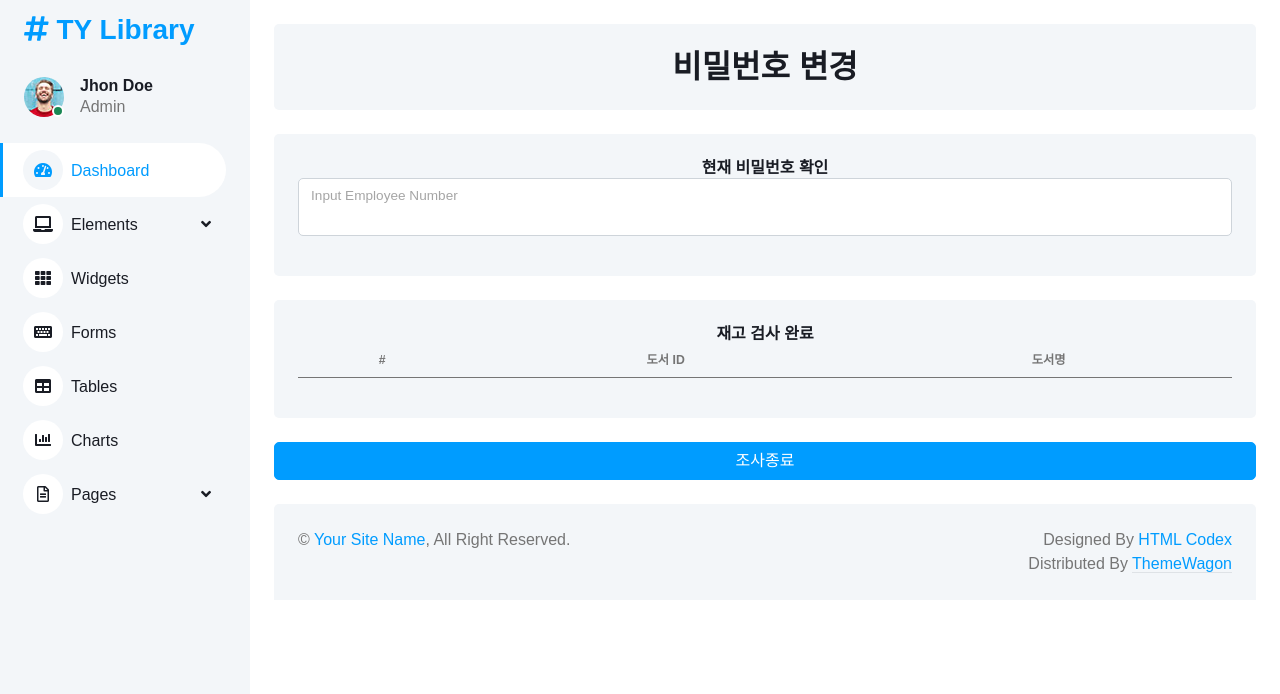
Repository: maryong2/myfirstgitproject
Page: http://localhost/library/WEB-INF/views/admin/user-passreset.jsp
These files come from the project's save history. The page is drawn as it stood at one moment and after the next save; the edit follows.
The browser window is 1280 px wide. The pictures show the whole page.
Some web fonts or font styles are not loaded; a fallback is used. Some web libraries are served in a nearby version. The page is served by Tomcat 9. Nobody is signed in. Other server files are loaded and not shown. The template is opened directly, without the code that normally fills it, so the values that code supplies are empty.

Above is the page before, as saved 2023-11-27 04:59:28.
Console error: SyntaxError: Unexpected token '=='

### library/src/main/webapp/WEB-INF/views/admin/user-passreset.jsp
<%@ page language="java" contentType="text/html; charset=UTF-8"
	pageEncoding="UTF-8"%>
<%@ taglib prefix="c" uri="http://java.sun.com/jsp/jstl/core"%>
<!DOCTYPE html>
<html lang="en">

<head>
<meta charset="utf-8">
<title>DASHMIN - Bootstrap Admin Template</title>
<meta content="width=device-width, initial-scale=1.0" name="viewport">
<meta content="" name="keywords">
<meta content="" name="description">

<!-- Favicon -->
<link href="img/favicon.ico" rel="icon">

<!-- Google Web Fonts -->
<link rel="preconnect" href="https://fonts.googleapis.com">
<link rel="preconnect" href="https://fonts.gstatic.com" crossorigin>
<link
	href="https://fonts.googleapis.com/css2?family=Heebo:wght@400;500;600;700&display=swap"
	rel="stylesheet">

<!-- Icon Font Stylesheet -->
<link
	href="https://cdnjs.cloudflare.com/ajax/libs/font-awesome/5.10.0/css/all.min.css"
	rel="stylesheet">
<link
	href="https://cdn.jsdelivr.net/npm/bootstrap-icons@1.4.1/font/bootstrap-icons.css"
	rel="stylesheet">

<!-- Libraries Stylesheet -->
<link href="/lib/owlcarousel/assets/owl.carousel.min.css"
	rel="stylesheet">
<link href="/lib/tempusdominus/css/tempusdominus-bootstrap-4.min.css"
	rel="stylesheet" />

<!-- Customized Bootstrap Stylesheet -->
<link href="/css/bootstrap.min.css" rel="stylesheet">

<!-- Template Stylesheet -->
<link href="/css/style.css" rel="stylesheet">
</head>

<body>
	<div class="container-xxl position-relative bg-white d-flex p-0">
		<!-- Spinner Start -->
		<div id="spinner"
			class="show bg-white position-fixed translate-middle w-100 vh-100 top-50 start-50 d-flex align-items-center justify-content-center">
			<div class="spinner-border text-primary"
				style="width: 3rem; height: 3rem;" role="status">
				<span class="sr-only">Loading...</span>
			</div>
		</div>
		<!-- Spinner End -->


		<!-- Sidebar Start -->
		<div class="sidebar pe-4 pb-3">
			<nav class="navbar bg-light navbar-light">
				<a href="/tylibrary/admin" class="navbar-brand mx-4 mb-3">
					<h3 class="text-primary">
						<i class="fa fa-hashtag me-2"></i>TY Library
					</h3>
				</a>
				<div class="d-flex align-items-center ms-4 mb-4">
					<div class="position-relative">
						<img class="rounded-circle" src="/img/user.jpg" alt=""
							style="width: 40px; height: 40px;">
						<div
							class="bg-success rounded-circle border border-2 border-white position-absolute end-0 bottom-0 p-1"></div>
					</div>
					<div class="ms-3">
						<h6 class="mb-0">Jhon Doe</h6>
						<span>Admin</span>
					</div>
				</div>
				<div class="navbar-nav w-100">
					<a href="/tylibrary/admin" class="nav-item nav-link active"><i
						class="fa fa-tachometer-alt me-2"></i>Dashboard</a>
					<div class="nav-item dropdown">
						<a href="#" class="nav-link dropdown-toggle"
							data-bs-toggle="dropdown"><i class="fa fa-laptop me-2"></i>Elements</a>
						<div class="dropdown-menu bg-transparent border-0">
							<a href="button.html" class="dropdown-item">Buttons</a> <a
								href="typography.html" class="dropdown-item">Typography</a> <a
								href="element.html" class="dropdown-item">Other Elements</a>
						</div>
					</div>
					<a href="widget.html" class="nav-item nav-link"><i
						class="fa fa-th me-2"></i>Widgets</a> <a href="form.html"
						class="nav-item nav-link"><i class="fa fa-keyboard me-2"></i>Forms</a>
					<a href="table.html" class="nav-item nav-link"><i
						class="fa fa-table me-2"></i>Tables</a> <a href="chart.html"
						class="nav-item nav-link"><i class="fa fa-chart-bar me-2"></i>Charts</a>
					<div class="nav-item dropdown">
						<a href="#" class="nav-link dropdown-toggle"
							data-bs-toggle="dropdown"><i class="far fa-file-alt me-2"></i>Pages</a>
						<div class="dropdown-menu bg-transparent border-0">
							<a href="signin.html" class="dropdown-item">Sign In</a> <a
								href="signup.html" class="dropdown-item">Sign Up</a> <a
								href="404.html" class="dropdown-item">404 Error</a> <a
								href="blank.html" class="dropdown-item">Blank Page</a>
						</div>
					</div>
				</div>
			</nav>
		</div>
		<!-- Sidebar End -->


		<!-- Content Start -->
		<div class="content">
			<!-- Navbar Start -->
			<nav
				class="navbar navbar-expand bg-light navbar-light sticky-top px-4 py-0">
				<a href="/tylibrary/admin"
					class="navbar-brand d-flex d-lg-none me-4">
					<h2 class="text-primary mb-0">TY Library</h2>
				</a>
			</nav>
			<!-- Navbar End -->


			<!-- Sale & Revenue Start -->
			<div class="container-fluid pt-4 px-4">
				<div class="row g-4">
					<div class="col-sm-12 col-xl-12">
						<div class="bg-light rounded d-md-flex align-items-center p-4">
							<div style="margin: auto">
								<h2 class="mb-0 text-center"
									style="item-align: center !important;">비밀번호 변경</h2>
							</div>
						</div>
					</div>
				</div>
			</div>
			<!-- Sale & Revenue End -->


			<!-- Sales Chart Start -->
			<div class="container-fluid pt-4 px-4">
				<div class="row g-4">



					<!-- Sales Chart End -->
					<div class="col-12">
						<div class="bg-light text-center rounded p-4">
							<h6 class="mb-0">현재 비밀번호 확인</h6>
							<div class="table-responsive">
								<div class="form-floating mb-3">
									<input type="text" class="form-control" id="e_id" name="e_id">
									<label for="e_id">Input Employee Number</label><span
										id="result_checkID" style="font-size: 12px"></span>
								</div>
							</div>
						</div>
					</div>

					<div class="col-12">
						<div class="bg-light text-center rounded p-4">
							<h6 class="mb-0">재고 검사 완료</h6>
							<div class="table-responsive">
								<table class="table small">
									<thead class="small">
										<tr>
											<th scope="col">#</th>
											<th scope="col">도서 ID</th>
											<th scope="col">도서명</th>
										</tr>
									</thead>
									<tbody class="small">
										<c:forEach items="${book_two}" var="book"
											varStatus="loopStatus">
											<tr>
												<th scope="row">${loopStatus.index + 1}</th>
												<td>${book.b_id}</td>
												<td>${book.title}</td>
											</tr>
										</c:forEach>
									</tbody>
								</table>
							</div>
						</div>
					</div>
					<div class="col-sm-12 col-xl-12" id="stock-finish">
						<form action="stock-count" method="post">
							<input type="text" name="stock" value="finish"
								style="display: none" /> <input type="text" name="state"
								value="1" style="display: none" /><input type="submit"
								id="stock-select" class="btn btn-primary m-2 w-100" value="조사종료"
								style="margin: 0 !important;" />
						</form>
					</div>
				</div>
			</div>
			<!-- Footer Start -->

			<div class="container-fluid pt-4 px-4">
				<div class="bg-light rounded-top p-4">
					<div class="row">
						<div class="col-12 col-sm-6 text-center text-sm-start">
							&copy; <a href="#">Your Site Name</a>, All Right Reserved.
						</div>
						<div class="col-12 col-sm-6 text-center text-sm-end">
							<!--/*** This template is free as long as you keep the footer author’s credit link/attribution link/backlink. If you'd like to use the template without the footer author’s credit link/attribution link/backlink, you can purchase the Credit Removal License from "https://htmlcodex.com/credit-removal". Thank you for your support. ***/-->
							Designed By <a href="https://htmlcodex.com">HTML Codex</a> </br>
							Distributed By <a class="border-bottom"
								href="https://themewagon.com" target="_blank">ThemeWagon</a>
						</div>
					</div>
				</div>
			</div>
			<!-- Footer End -->
		</div>
		<!-- Content End -->


		<!-- Back to Top -->
	</div>
	<script type="text/javascript">
	let stockScan = document.getElementById("stock-select");
	let stockFinish = document.getElementById("stock-finish");
	let state = ${state} == null ? null : ${state};
	if(!state){
		alert("잘못된 접근 입니다.");
		console.log(state);
		window.history.back();
	}

	function determine(){
		$.ajax({
            url: "/tylibrary/check-state",
            type: "POST",
            success: function (data) {
           	 if (data<=2){
           		let result = confirm("정말로 조사를 시작하시겠습니까?");
           	    if (result) {
           	      stockScan.form.submit();
           	    } else{
           	      alert("취소되었습니다.");
           	    }
           	 }else if(data==3) {
           		 stockScan.form.submit();
             }
           	},
            error: function () {
           	 alert("오류@@발생")
            }
        });
	}

	if(state <= 2){
		stockScan.value = "조사시작";
			stockFinish.style.display="none";

	}else if(state == 3){
		stockScan.value = "스캔하기"
			stockFinish.style.display="block";
	}
	</script>

	<!-- JavaScript Libraries -->
	<script src="https://code.jquery.com/jquery-3.4.1.min.js"></script>
	<script
		src="https://cdn.jsdelivr.net/npm/bootstrap@5.0.0/dist/js/bootstrap.bundle.min.js"></script>
	<script src="/lib/chart/chart.min.js"></script>
	<script src="/lib/easing/easing.min.js"></script>
	<script src="/lib/waypoints/waypoints.min.js"></script>
	<script src="/lib/owlcarousel/owl.carousel.min.js"></script>
	<script src="/lib/tempusdominus/js/moment.min.js"></script>
	<script src="/lib/tempusdominus/js/moment-timezone.min.js"></script>
	<script src="/lib/tempusdominus/js/tempusdominus-bootstrap-4.min.js"></script>

	<!-- Template Javascript -->
	<script src="/js/main.js"></script>
</body>

</html>

### library/src/main/resources/static/css/style.css
/********** Template CSS **********/
:root {
    --primary: #009CFF;
    --light: #F3F6F9;
    --dark: #191C24;
}

.back-to-top {
    position: fixed;
    display: none;
    right: 45px;
    bottom: 45px;
    z-index: 99;
}


/*** Spinner ***/
#spinner {
    opacity: 0;
    visibility: hidden;
    transition: opacity .5s ease-out, visibility 0s linear .5s;
    z-index: 99999;
}

#spinner.show {
    transition: opacity .5s ease-out, visibility 0s linear 0s;
    visibility: visible;
    opacity: 1;
}


/*** Button ***/
.btn {
    transition: .5s;
}

.btn.btn-primary {
    color: #FFFFFF;
}

.btn-square {
    width: 38px;
    height: 38px;
}

.btn-sm-square {
    width: 32px;
    height: 32px;
}

.btn-lg-square {
    width: 48px;
    height: 48px;
}

.btn-square,
.btn-sm-square,
.btn-lg-square {
    padding: 0;
    display: inline-flex;
    align-items: center;
    justify-content: center;
    font-weight: normal;
    border-radius: 50px;
}


/*** Layout ***/
.sidebar {
    position: fixed;
    top: 0;
    left: 0;
    bottom: 0;
    width: 250px;
    height: 100vh;
    overflow-y: auto;
    background: var(--light);
    transition: 0.5s;
    z-index: 999;
}

.content {
    margin-left: 250px;
    min-height: 100vh;
    background: #FFFFFF;
    transition: 0.5s;
}

@media (min-width: 992px) {
    .sidebar {
        margin-left: 0;
    }

    .sidebar.open {
        margin-left: -250px;
    }

    .content {
        width: calc(100% - 250px);
    }

    .content.open {
        width: 100%;
        margin-left: 0;
    }
}

@media (max-width: 991.98px) {
    .sidebar {
        margin-left: -250px;
    }

    .sidebar.open {
        margin-left: 0;
    }

    .content {
        width: 100%;
        margin-left: 0;
    }
}


/*** Navbar ***/
.sidebar .navbar .navbar-nav .nav-link {
    padding: 7px 20px;
    color: var(--dark);
    font-weight: 500;
    border-left: 3px solid var(--light);
    border-radius: 0 30px 30px 0;
    outline: none;
}

.sidebar .navbar .navbar-nav .nav-link:hover,
.sidebar .navbar .navbar-nav .nav-link.active {
    color: var(--primary);
    background: #FFFFFF;
    border-color: var(--primary);
}

.sidebar .navbar .navbar-nav .nav-link i {
    width: 40px;
    height: 40px;
    display: inline-flex;
    align-items: center;
    justify-content: center;
    background: #FFFFFF;
    border-radius: 40px;
}

.sidebar .navbar .navbar-nav .nav-link:hover i,
.sidebar .navbar .navbar-nav .nav-link.active i {
    background: var(--light);
}

.sidebar .navbar .dropdown-toggle::after {
    position: absolute;
    top: 15px;
    right: 15px;
    border: none;
    content: "\f107";
    font-family: "Font Awesome 5 Free";
    font-weight: 900;
    transition: .5s;
}

.sidebar .navbar .dropdown-toggle[aria-expanded=true]::after {
    transform: rotate(-180deg);
}

.sidebar .navbar .dropdown-item {
    padding-left: 25px;
    border-radius: 0 30px 30px 0;
}

.content .navbar .navbar-nav .nav-link {
    margin-left: 25px;
    padding: 12px 0;
    color: var(--dark);
    outline: none;
}

.content .navbar .navbar-nav .nav-link:hover,
.content .navbar .navbar-nav .nav-link.active {
    color: var(--primary);
}

.content .navbar .sidebar-toggler,
.content .navbar .navbar-nav .nav-link i {
    width: 40px;
    height: 40px;
    display: inline-flex;
    align-items: center;
    justify-content: center;
    background: #FFFFFF;
    border-radius: 40px;
}

.content .navbar .dropdown-toggle::after {
    margin-left: 6px;
    vertical-align: middle;
    border: none;
    content: "\f107";
    font-family: "Font Awesome 5 Free";
    font-weight: 900;
    transition: .5s;
}

.content .navbar .dropdown-toggle[aria-expanded=true]::after {
    transform: rotate(-180deg);
}

@media (max-width: 575.98px) {
    .content .navbar .navbar-nav .nav-link {
        margin-left: 15px;
    }
}


/*** Date Picker ***/
.bootstrap-datetimepicker-widget.bottom {
    top: auto !important;
}

.bootstrap-datetimepicker-widget .table * {
    border-bottom-width: 0px;
}

.bootstrap-datetimepicker-widget .table th {
    font-weight: 500;
}

.bootstrap-datetimepicker-widget.dropdown-menu {
    padding: 10px;
    border-radius: 2px;
}

.bootstrap-datetimepicker-widget table td.active,
.bootstrap-datetimepicker-widget table td.active:hover {
    background: var(--primary);
}

.bootstrap-datetimepicker-widget table td.today::before {
    border-bottom-color: var(--primary);
}


/*** Testimonial ***/
.progress .progress-bar {
    width: 0px;
    transition: 2s;
}


/*** Testimonial ***/
.testimonial-carousel .owl-dots {
    margin-top: 24px;
    display: flex;
    align-items: flex-end;
    justify-content: center;
}

.testimonial-carousel .owl-dot {
    position: relative;
    display: inline-block;
    margin: 0 5px;
    width: 15px;
    height: 15px;
    border: 5px solid var(--primary);
    border-radius: 15px;
    transition: .5s;
}

.testimonial-carousel .owl-dot.active {
    background: var(--dark);
    border-color: var(--primary);
}

### library/src/main/resources/static/js/main.js
(function ($) {
    "use strict";

    // Spinner
    var spinner = function () {
        setTimeout(function () {
            if ($('#spinner').length > 0) {
                $('#spinner').removeClass('show');
            }
        }, 1);
    };
    spinner();


    // Back to top button
    $(window).scroll(function () {
        if ($(this).scrollTop() > 300) {
            $('.back-to-top').fadeIn('slow');
        } else {
            $('.back-to-top').fadeOut('slow');
        }
    });
    $('.back-to-top').click(function () {
        $('html, body').animate({scrollTop: 0}, 1500, 'easeInOutExpo');
        return false;
    });


    // Sidebar Toggler
    $('.sidebar-toggler').click(function () {
        $('.sidebar, .content').toggleClass("open");
        return false;
    });


    // Progress Bar
    $('.pg-bar').waypoint(function () {
        $('.progress .progress-bar').each(function () {
            $(this).css("width", $(this).attr("aria-valuenow") + '%');
        });
    }, {offset: '80%'});


	function getWeekendDates(startDate, endDate) {
		var weekendDates = [];

		while (startDate <= endDate) {
			if (startDate.getDay() === 0 || startDate.getDay() === 6) {
				// 주말인 경우 날짜를 원하는 형식(예: 'YYYY/MM/DD')으로 포맷팅
				var formattedDate = startDate.getFullYear() + '/' + (startDate.getMonth() + 1) + '/' + startDate.getDate();
				weekendDates.push(formattedDate);
			}
			startDate.setDate(startDate.getDate() + 1);
		}

		return weekendDates;
	}

	function convertDay(toDay, weeks) {
		let after = new Date(toDay.getTime() + 7 * weeks * 24 * 60 * 60 * 1000);
		let year = after.getFullYear();
		let month = after.getMonth() + 1;
		let day = after.getDate();
		let ret = year + "/" + (month < 10 ? "0" : "") + month + "/" + day;
		return ret;
	}





	let toDay = new Date();
	let minday = convertDay(toDay, 2)
	var maxday = convertDay(toDay, 4);
	var weekendDatesArray = getWeekendDates(toDay, new Date(toDay.getTime() + 7 * 4 * 24 * 60 * 60 * 1000));
    // Calender
    $('#calender').datetimepicker({
        inline: true,
		format: 'Y-m-d',
		minDate: minday,
		defaultDate: minday,
		maxDate: maxday,
		locale: moment.locale("ko"),
		disabledDates: weekendDatesArray,
    });


    // Testimonials carousel
    $(".testimonial-carousel").owlCarousel({
        autoplay: true,
        smartSpeed: 1000,
        items: 1,
        dots: true,
        loop: true,
        nav : false
    });


    // Worldwide Sales Chart
    var ctx1 = $("#worldwide-sales").get(0).getContext("2d");
    var myChart1 = new Chart(ctx1, {
        type: "bar",
        data: {
            labels: ["2016", "2017", "2018", "2019", "2020", "2021", "2022"],
            datasets: [{
                    label: "USA",
                    data: [15, 30, 55, 65, 60, 80, 95],
                    backgroundColor: "rgba(0, 156, 255, .7)"
                },
                {
                    label: "UK",
                    data: [8, 35, 40, 60, 70, 55, 75],
                    backgroundColor: "rgba(0, 156, 255, .5)"
                },
                {
                    label: "AU",
                    data: [12, 25, 45, 55, 65, 70, 60],
                    backgroundColor: "rgba(0, 156, 255, .3)"
                }
            ]
            },
        options: {
            responsive: true
        }
    });


    // Salse & Revenue Chart
    var ctx2 = $("#salse-revenue").get(0).getContext("2d");
    var myChart2 = new Chart(ctx2, {
        type: "line",
        data: {
            labels: ["2016", "2017", "2018", "2019", "2020", "2021", "2022"],
            datasets: [{
                    label: "Salse",
                    data: [15, 30, 55, 45, 70, 65, 85],
                    backgroundColor: "rgba(0, 156, 255, .5)",
                    fill: true
                },
                {
                    label: "Revenue",
                    data: [99, 135, 170, 130, 190, 180, 270],
                    backgroundColor: "rgba(0, 156, 255, .3)",
                    fill: true
                }
            ]
            },
        options: {
            responsive: true
        }
    });



    // Single Line Chart
    var ctx3 = $("#line-chart").get(0).getContext("2d");
    var myChart3 = new Chart(ctx3, {
        type: "line",
        data: {
            labels: [50, 60, 70, 80, 90, 100, 110, 120, 130, 140, 150],
            datasets: [{
                label: "Salse",
                fill: false,
                backgroundColor: "rgba(0, 156, 255, .3)",
                data: [7, 8, 8, 9, 9, 9, 10, 11, 14, 14, 15]
            }]
        },
        options: {
            responsive: true
        }
    });


    // Single Bar Chart
    var ctx4 = $("#bar-chart").get(0).getContext("2d");
    var myChart4 = new Chart(ctx4, {
        type: "bar",
        data: {
            labels: ["Italy", "France", "Spain", "USA", "Argentina"],
            datasets: [{
                backgroundColor: [
                    "rgba(0, 156, 255, .7)",
                    "rgba(0, 156, 255, .6)",
                    "rgba(0, 156, 255, .5)",
                    "rgba(0, 156, 255, .4)",
                    "rgba(0, 156, 255, .3)"
                ],
                data: [55, 49, 44, 24, 15]
            }]
        },
        options: {
            responsive: true
        }
    });


    // Pie Chart
    var ctx5 = $("#pie-chart").get(0).getContext("2d");
    var myChart5 = new Chart(ctx5, {
        type: "pie",
        data: {
            labels: ["Italy", "France", "Spain", "USA", "Argentina"],
            datasets: [{
                backgroundColor: [
                    "rgba(0, 156, 255, .7)",
                    "rgba(0, 156, 255, .6)",
                    "rgba(0, 156, 255, .5)",
                    "rgba(0, 156, 255, .4)",
                    "rgba(0, 156, 255, .3)"
                ],
                data: [55, 49, 44, 24, 15]
            }]
        },
        options: {
            responsive: true
        }
    });


    // Doughnut Chart
    var ctx6 = $("#doughnut-chart").get(0).getContext("2d");
    var myChart6 = new Chart(ctx6, {
        type: "doughnut",
        data: {
            labels: ["Italy", "France", "Spain", "USA", "Argentina"],
            datasets: [{
                backgroundColor: [
                    "rgba(0, 156, 255, .7)",
                    "rgba(0, 156, 255, .6)",
                    "rgba(0, 156, 255, .5)",
                    "rgba(0, 156, 255, .4)",
                    "rgba(0, 156, 255, .3)"
                ],
                data: [55, 49, 44, 24, 15]
            }]
        },
        options: {
            responsive: true
        }
    });


})(jQuery);

Loaded but not shown: library/src/main/resources/static/lib/owlcarousel/assets/owl.carousel.min.css (common file); library/src/main/resources/static/lib/tempusdominus/css/tempusdominus-bootstrap-4.min.css (library); library/src/main/resources/static/css/bootstrap.min.css (library); library/src/main/resources/static/lib/chart/chart.min.js (library); library/src/main/resources/static/lib/easing/easing.min.js (common file); library/src/main/resources/static/lib/waypoints/waypoints.min.js (library); library/src/main/resources/static/lib/owlcarousel/owl.carousel.min.js (library); library/src/main/resources/static/lib/tempusdominus/js/moment.min.js (library); library/src/main/resources/static/lib/tempusdominus/js/moment-timezone.min.js (library); library/src/main/resources/static/lib/tempusdominus/js/tempusdominus-bootstrap-4.min.js (library)

After the next save:
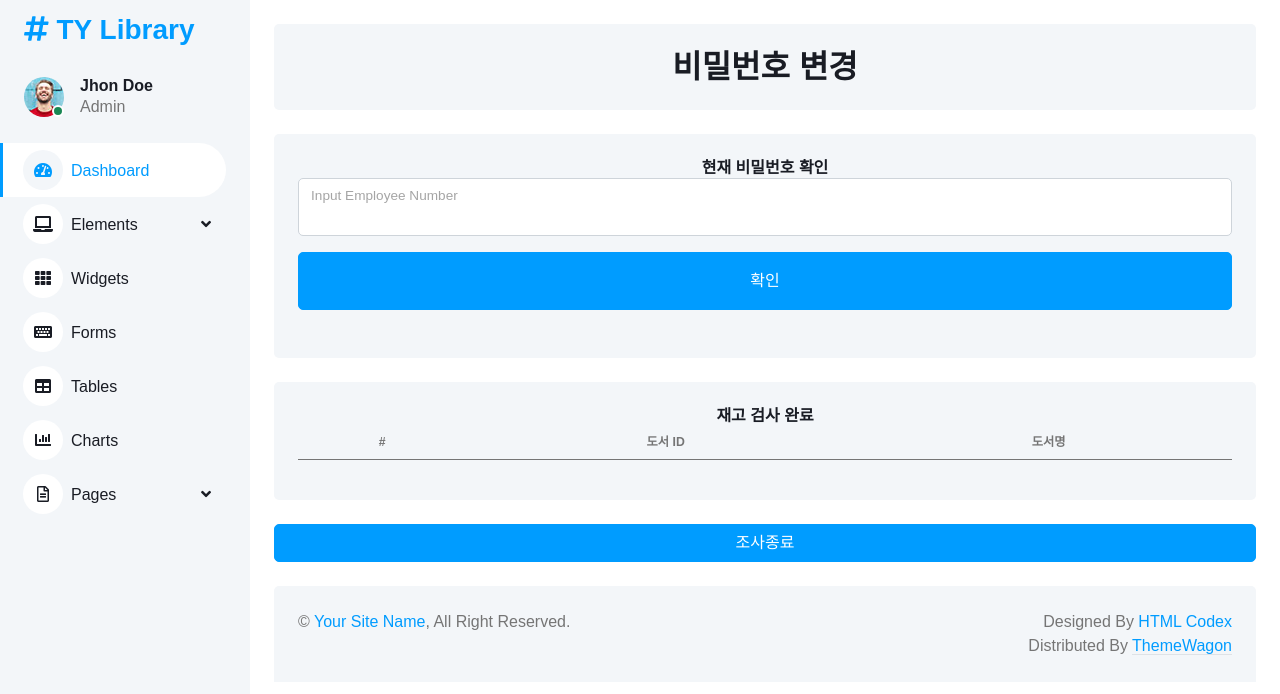
Saved 47 s later.
--- a/library/src/main/webapp/WEB-INF/views/admin/user-passreset.jsp
+++ b/library/src/main/webapp/WEB-INF/views/admin/user-passreset.jsp
@@ -154,6 +154,8 @@
 									<label for="e_id">Input Employee Number</label><span
 										id="result_checkID" style="font-size: 12px"></span>
 								</div>
+								<button type="submit" class="btn btn-primary py-3 w-100 mb-4"
+									id="login_btn">확인</button>
 							</div>
 						</div>
 					</div>
